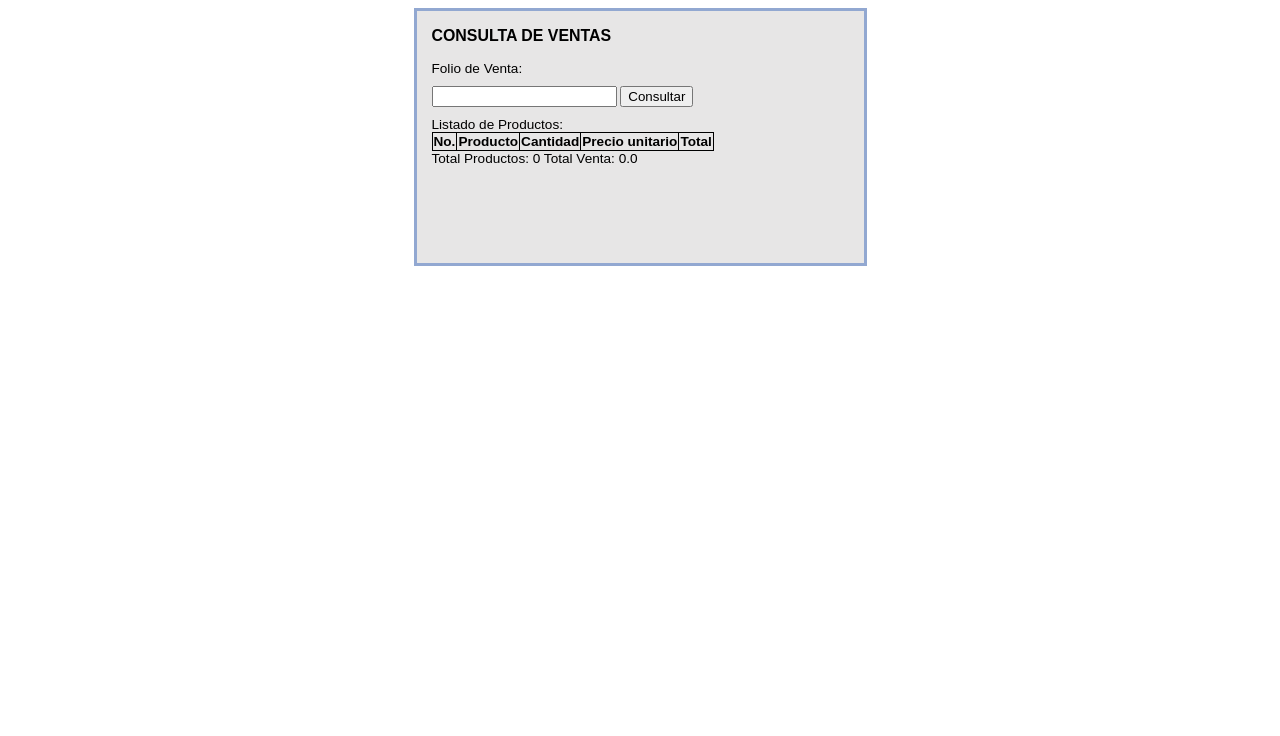
Repository: juanmondragonc/torre-project
Page: http://localhost/torre/sales
These files come from the project's save history. The page is drawn as it stood at one moment and after the next save; the edit follows.
The browser window is 1280 px wide. The pictures show the whole page.
The page is served by Tomcat 9. The session is filled in as if someone had signed in: {"username": "testuser"}. Other server files are loaded and not shown. Queries for data that is not in the repository find no rows.

Above is the page before, as saved 2022-08-10 20:57:24.

### torre/src/main/webapp/index.jsp
<%@ taglib prefix="c" uri="http://java.sun.com/jsp/jstl/core" %>
<%@ page language="java" contentType="text/html; charset=UTF-8" pageEncoding="UTF-8"%>
<%
	if(session.getAttribute("username")==null){
		response.sendRedirect("login.jsp");
	}
%>

<!DOCTYPE html>
<html>
<head>
	<link rel="stylesheet" href="css/style.css">
</head>
<body>
	<div class="container">
		<div class="section-sale">
			<form method="get" action="sales">
			<h3>CONSULTA DE VENTAS</h3>
				<div class="form-group">
					<label>Folio de Venta:</label>
				</div>
				<div class="form-group">
					<input type="text" name="invoice" id="invoice" />
					<input type="submit" value="Consultar"/>
				</div>
			</form>
			<label>Listado de Productos:</label>
			<table>
			  <tr>
			    <th>No.</th>
			    <th>Producto</th>
			    <th>Cantidad</th>
			    <th>Precio unitario</th>
			    <th>Total</th>
			  </tr>
				<c:forEach var="product" items="${Products}">
					<tr>
						<td>${product.pos}</td>
						<td>${product.product}</td>
						<td>${product.quantity}</td>
						<td>${product.price}</td>
						<td>${product.quantity * product.price}</td>
					</tr>
			  	</c:forEach>
			</table>
			<label>Total Productos: <c:out value="${Items}"/></label>
			<label>Total Venta: <c:out value="${Sale}"/></label>
		</div>
	</div>
</body>
</html>

### torre/src/main/java/com/torre/sales/SalesServlet.java
package com.torre.sales;

import java.io.IOException;
import java.sql.Connection;
import java.sql.DriverManager;
import java.sql.PreparedStatement;
import java.sql.ResultSet;
import java.util.ArrayList;
import java.util.List;

import javax.servlet.ServletException;
import javax.servlet.annotation.WebServlet;
import javax.servlet.http.HttpServlet;
import javax.servlet.http.HttpServletRequest;
import javax.servlet.http.HttpServletResponse;

import com.torre.model.Invoice;

@WebServlet("/sales")
public class SalesServlet extends HttpServlet {
	private static final long serialVersionUID = 1L;

    /**
     * @see HttpServlet#HttpServlet()
     */
    public SalesServlet() {
        super();
        // TODO Auto-generated constructor stub
    }

	/**
	 * @see HttpServlet#doGet(HttpServletRequest request, HttpServletResponse response)
	 */
	protected void doGet(HttpServletRequest request, HttpServletResponse response) throws ServletException, IOException {
		String invoice = request.getParameter("invoice");
		try {
			Class.forName("com.mysql.cj.jdbc.Driver");
			Connection conn = DriverManager.getConnection("jdbc:mysql://localhost:3306/torre_project","root","");
			PreparedStatement query = conn.prepareStatement("SELECT * FROM tb_sales WHERE invoice = ?");
			query.setString(1, invoice);
			ResultSet result = query.executeQuery();
			List<Invoice> list = new ArrayList<>();
			int pos = 1;
			int items = 0;
			float sale = 0;
			while (result.next()) {
				Invoice inv = new Invoice();
				inv.setId(result.getInt(1));
				inv.setPos(pos++);
				inv.setInvoice(result.getInt(2));
				inv.setProduct(result.getString(3));
				inv.setQuantity(result.getInt(4));
				inv.setPrice(result.getFloat(5));
				list.add(inv);
				items = items + result.getInt(4);
				sale = sale + (result.getInt(4) * result.getFloat(5));
			}
			request.setAttribute("Products", list);
			request.setAttribute("Items", items);
			request.setAttribute("Sale", sale);
			request.getRequestDispatcher("index.jsp").forward(request, response);

		}catch (Exception e){
			e.printStackTrace();
		}
	}

	/**
	 * @see HttpServlet#doPost(HttpServletRequest request, HttpServletResponse response)
	 */
	protected void doPost(HttpServletRequest request, HttpServletResponse response) throws ServletException, IOException {
		// TODO Auto-generated method stub
		doGet(request, response);
	}

}

### torre/src/main/webapp/css/style.css
 body {
 	font-family: sans-serif;
 	font-size: 0.85em;
}
 .container {
 	height: 100vh;
 	width: auto;
 	justify-content: center;
 	display: flex;
 }
 table, th, td {
	border: 1px solid black;
	border-collapse: collapse;
}
.form-group {
 	position: relative;
 	margin-bottom: 10px;
	overflow: hidden;
}
.section-login{
	padding-left: 15px;
	width: 40vh;
	height:22vh;
	background-color: #e7e6e6;
	border-style: solid;
  	border-color: #92a8d1;
}
.section-sale{
	padding-left: 15px;
	width: 60vh;
	height:35vh;
	background-color: #e7e6e6;
	border-style: solid;
  	border-color: #92a8d1;
}
.col-25 {
	float: left;
	width: 25%;
}
.col-75 {
	float: left;
	width: 75%;
}
.center{
	align-items:center;
	text-align: center;
}

After the next save:
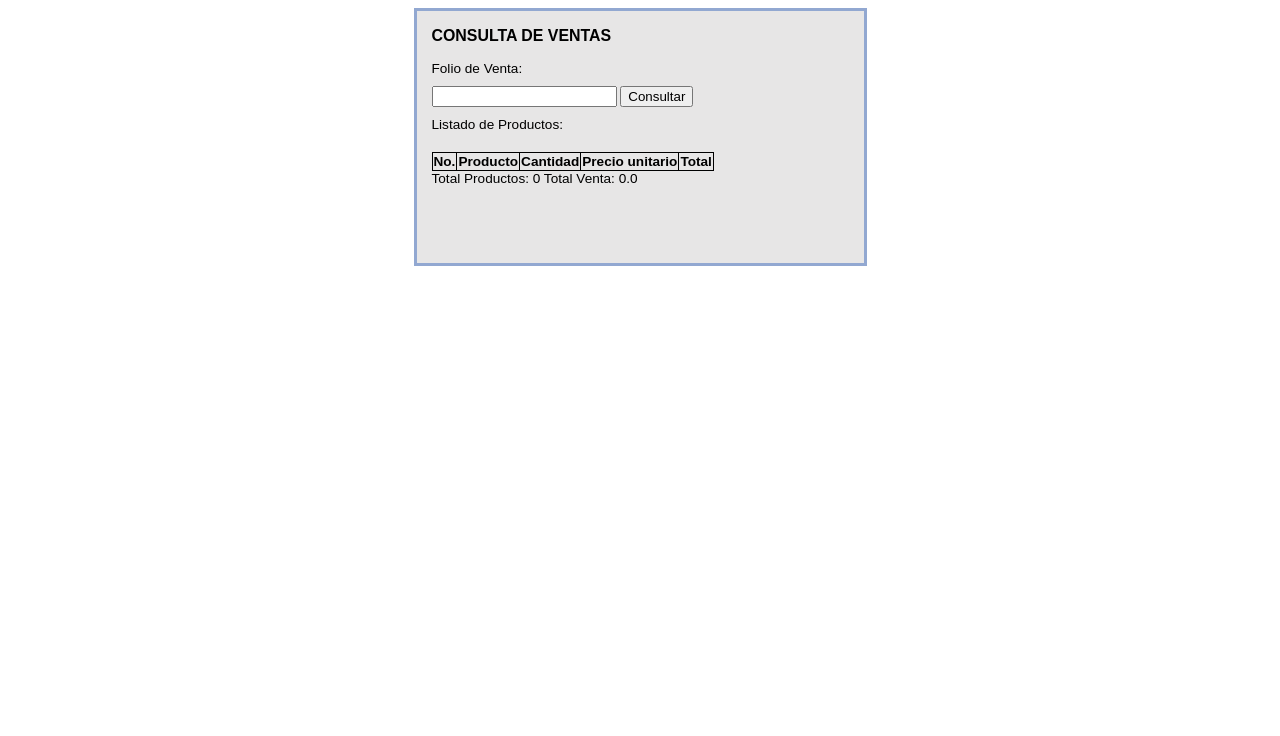
Saved 104 s later.
--- a/torre/src/main/webapp/index.jsp
+++ b/torre/src/main/webapp/index.jsp
@@ -24,7 +24,9 @@
 					<input type="submit" value="Consultar"/>
 				</div>
 			</form>
-			<label>Listado de Productos:</label>
+			<div class="table-gorup">
+				<label>Listado de Productos:</label>
+			</div>
 			<table>
 			  <tr>
 			    <th>No.</th>
--- a/torre/src/main/webapp/css/style.css
+++ b/torre/src/main/webapp/css/style.css
@@ -16,6 +16,9 @@
  	position: relative;
  	margin-bottom: 10px;
 	overflow: hidden;
+}
+.table-gorup {
+	margin-bottom: 20px;
 }
 .section-login{
 	padding-left: 15px;
